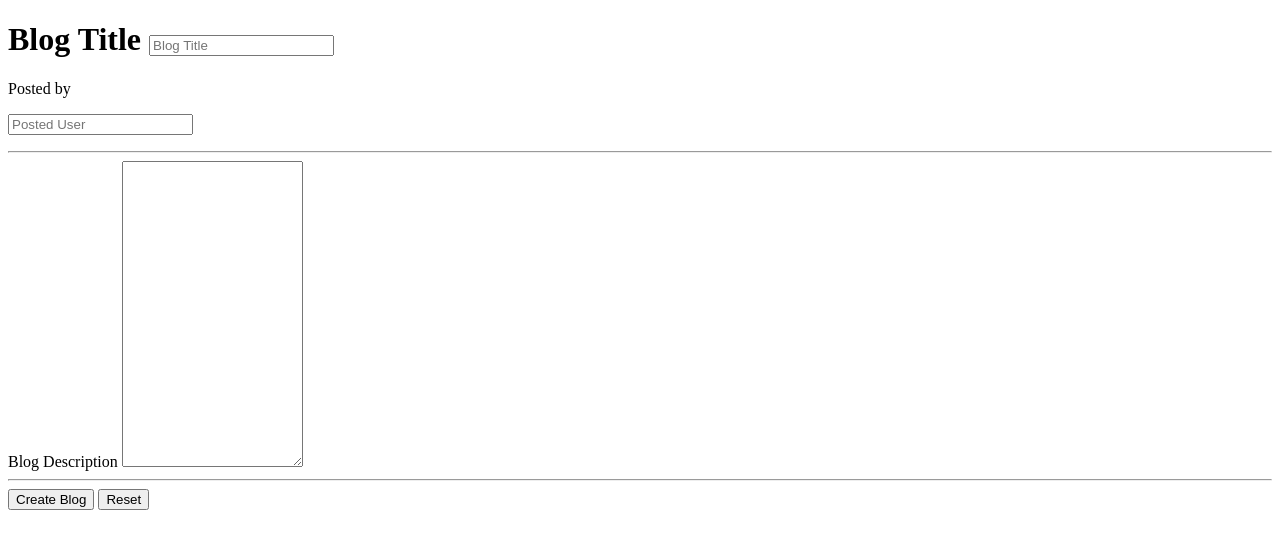
Repository: Indurupi/FriendZone
Page: FriendZoneFrontEnd/WebContent/createblog.html
An editor plug-in stored every save of this project. The page is shown before and after the next save, followed by the edit.
The browser window is 1280 px wide. The pictures show the whole page.

Above is the page before, as saved 2017-03-18 15:38:34.

After the next save:
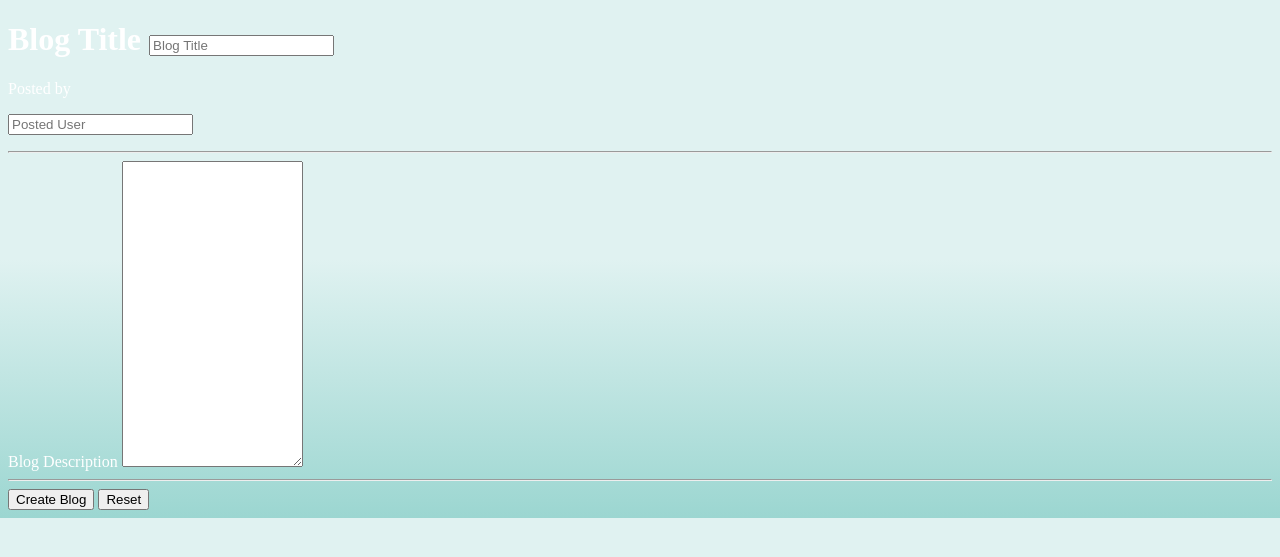
Saved 23 s later.
--- a/FriendZoneFrontEnd/WebContent/createblog.html
+++ b/FriendZoneFrontEnd/WebContent/createblog.html
@@ -17,7 +17,7 @@
         <script src="https://oss.maxcdn.com/libs/respond.js/1.4.2/respond.min.js"></script>
         <![endif]-->
 <style type="text/css">
-.body
+body
 {
 background: linear-gradient(to bottom, #e0f2f1 50%, #80cbc4 120%);
 	color: #ffffff;
